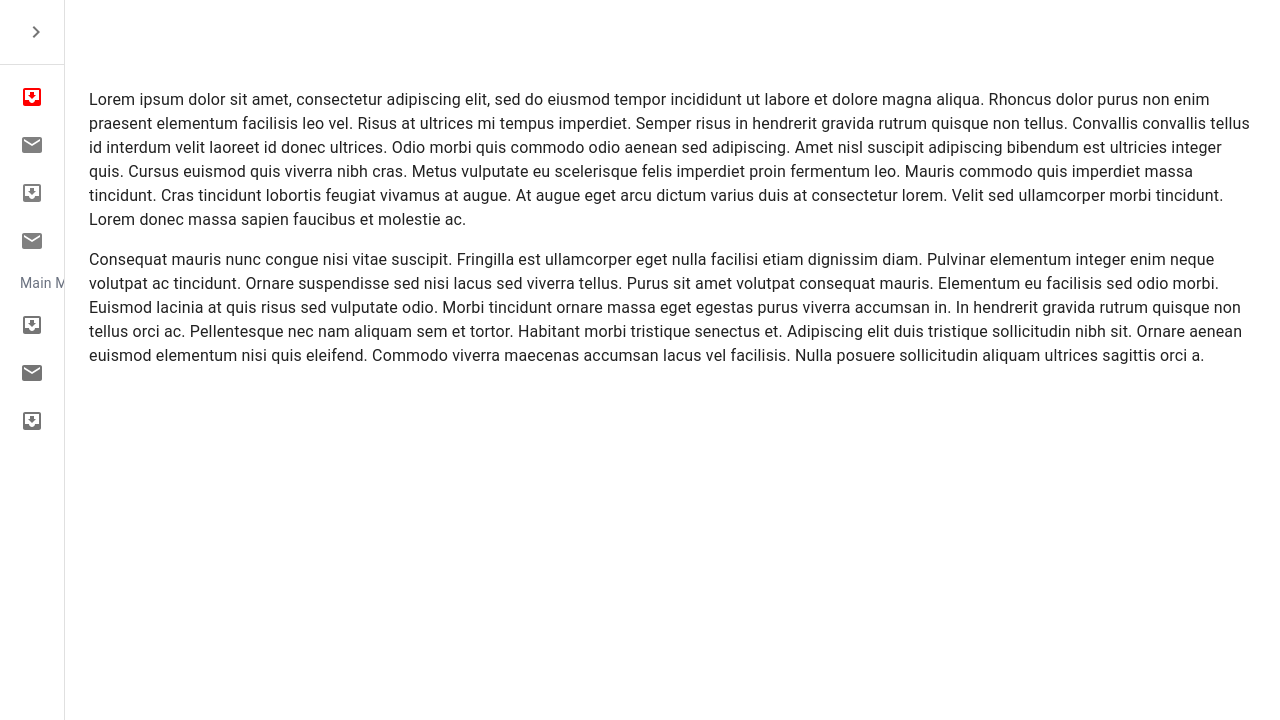
Repository: SatyaDewangan05/sample-dashboard
Page: /
The author's editor kept a copy of each file at every save. The page is drawn from the files as they stood at one save, then again after the next save.
The browser window is 1280 px wide. The pictures show the whole page.
The project was rebuilt for these pictures with package versions that can differ from the ones it lists, and the page was loaded fresh each time. The framework's server and built-in components were replaced by stand-ins that run in the browser. Also part of the build but not shown: next.config.mjs.

Above is the page before, as saved 2024-09-20 14:25:42.

After the next save:
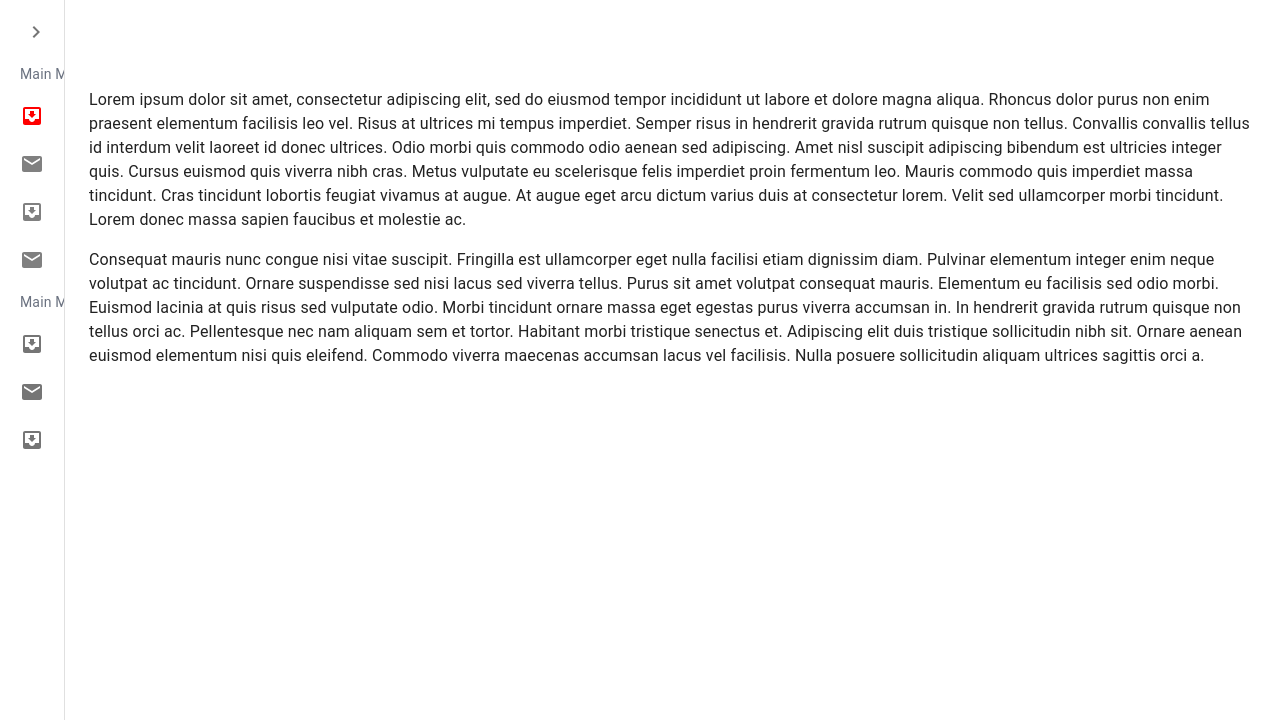
Saved 13 s later.
--- a/src/app/components/Drawer.jsx
+++ b/src/app/components/Drawer.jsx
@@ -145,7 +145,7 @@ export default function MiniDrawer() {
             {!open ? <ChevronRightIcon /> : <ChevronLeftIcon />}
           </IconButton>
         </DrawerHeader>
-        <Divider />
+        <p className="text-sm text-gray-500 pl-5">Main Menu</p>
         <List>
           {["Inbox", "Starred", "Send email", "Drafts"].map((text, index) => (
             <ListItem key={text} disablePadding sx={{ display: "block" }}>
